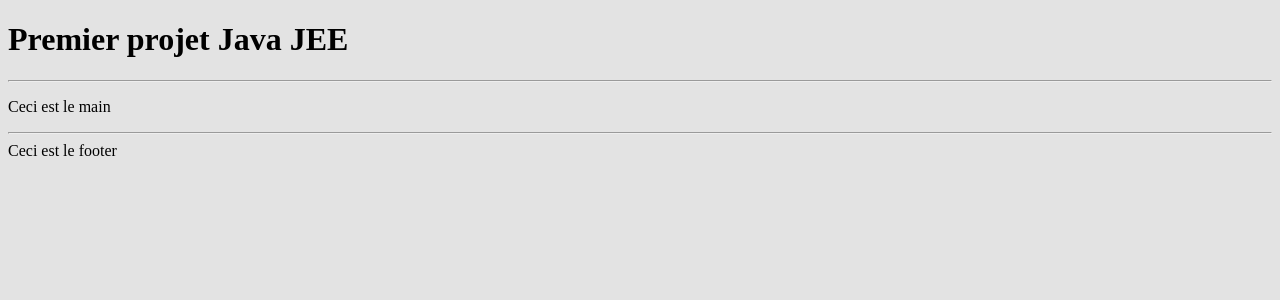
Repository: lemzoo/Formation_JEE
Page: FirstProject/WebContent/monPremierFichier.html
An editor plug-in stored every save of this project. The page is shown before and after the next save, followed by the edit.
The browser window is 1280 px wide. The pictures show the whole page.

Above is the page before, as saved 2016-06-17 08:45:22.

After the next save:
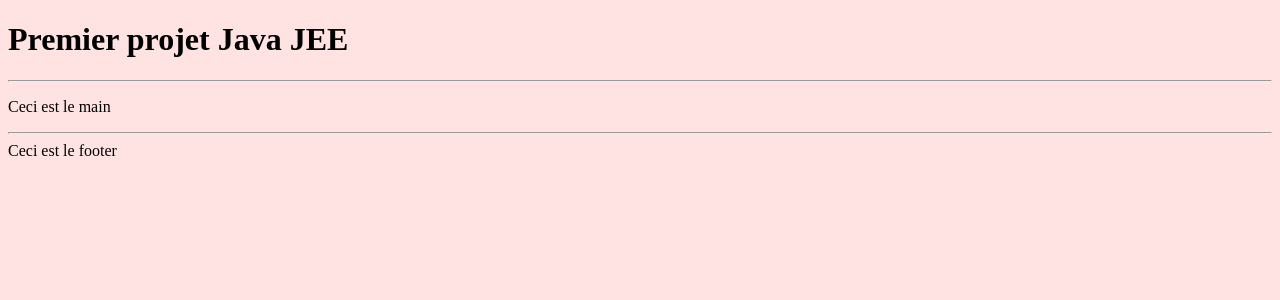
Saved 17 s later.
--- a/FirstProject/WebContent/monPremierFichier.html
+++ b/FirstProject/WebContent/monPremierFichier.html
@@ -5,7 +5,7 @@
 <title>Mon premier fichier HTML</title>
 <style>
 	body{
-		background-color : rgba(220,220,220,0.8);
+		background-color : rgba(255,220,220,0.8);
 	}
 </style>
 </head>
